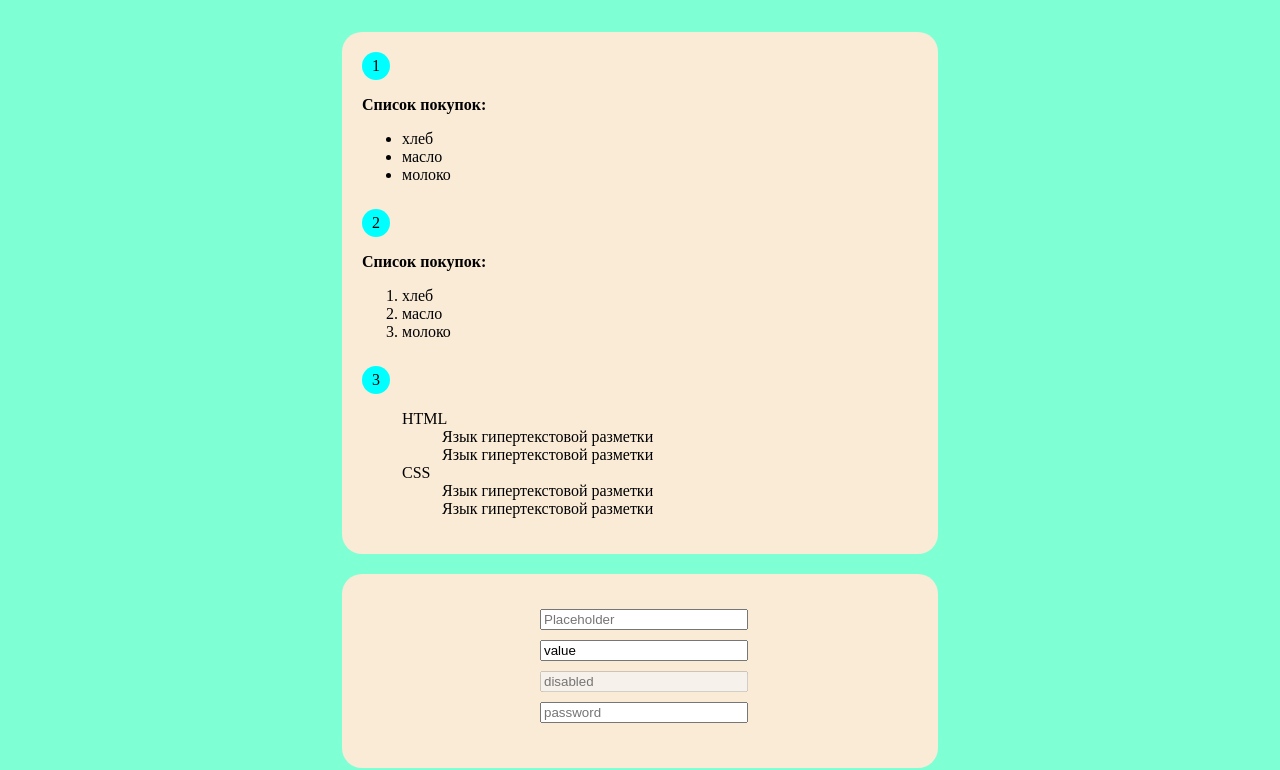
Repository: Savich01/-
Page: html/index.html
An editor plug-in stored every save of this project. The page is shown before and after the next save, followed by the edit.
The browser window is 1280 px wide. The pictures show the whole page.

Above is the page before, as saved 2024-05-31 15:16:29.

After the next save:
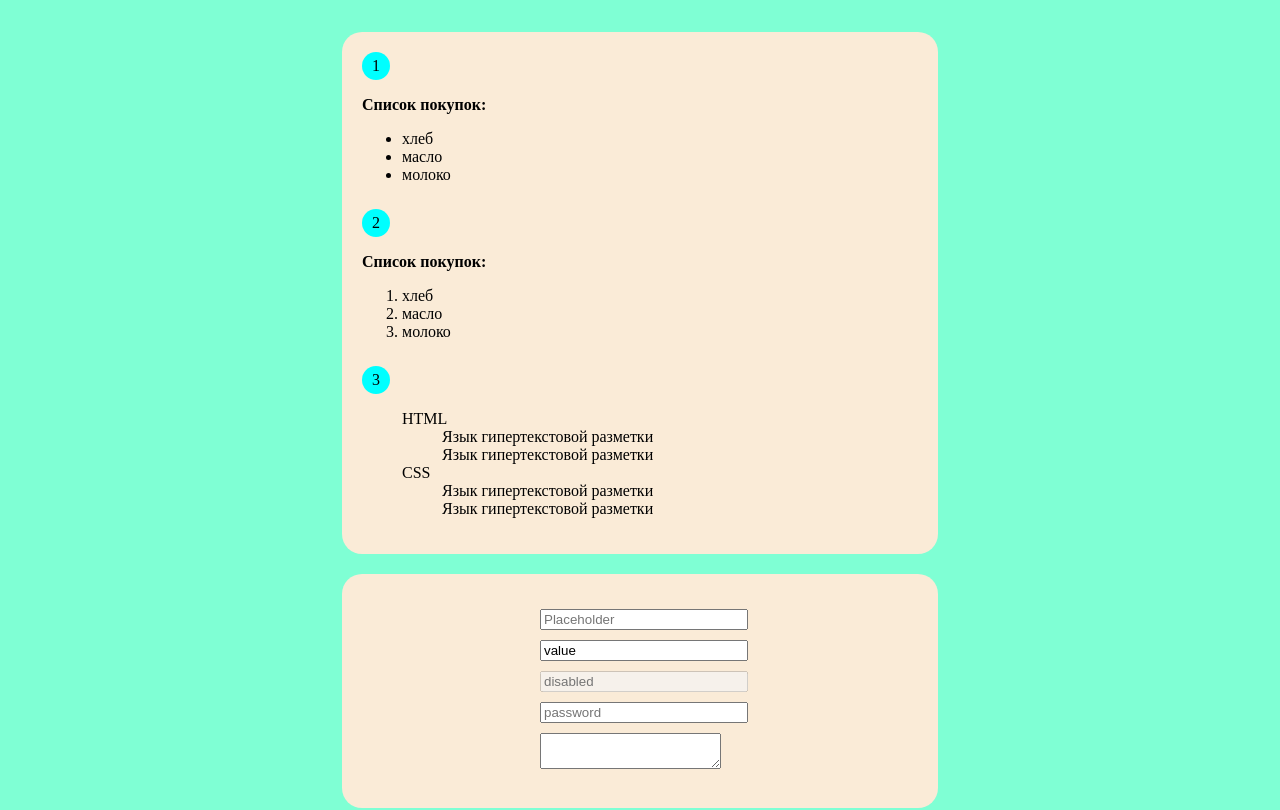
Saved 3 min 11 s later.
--- a/html/index.html
+++ b/html/index.html
@@ -57,6 +57,7 @@
                     <input class="input" type="text" value="value">
                     <input class="input" type="text" disabled="disabled" placeholder="disabled">
                     <input class="input" type="password" placeholder="password">
+                    <textarea name="" id=""></textarea>
                 </form>
             </section>
         </div>
